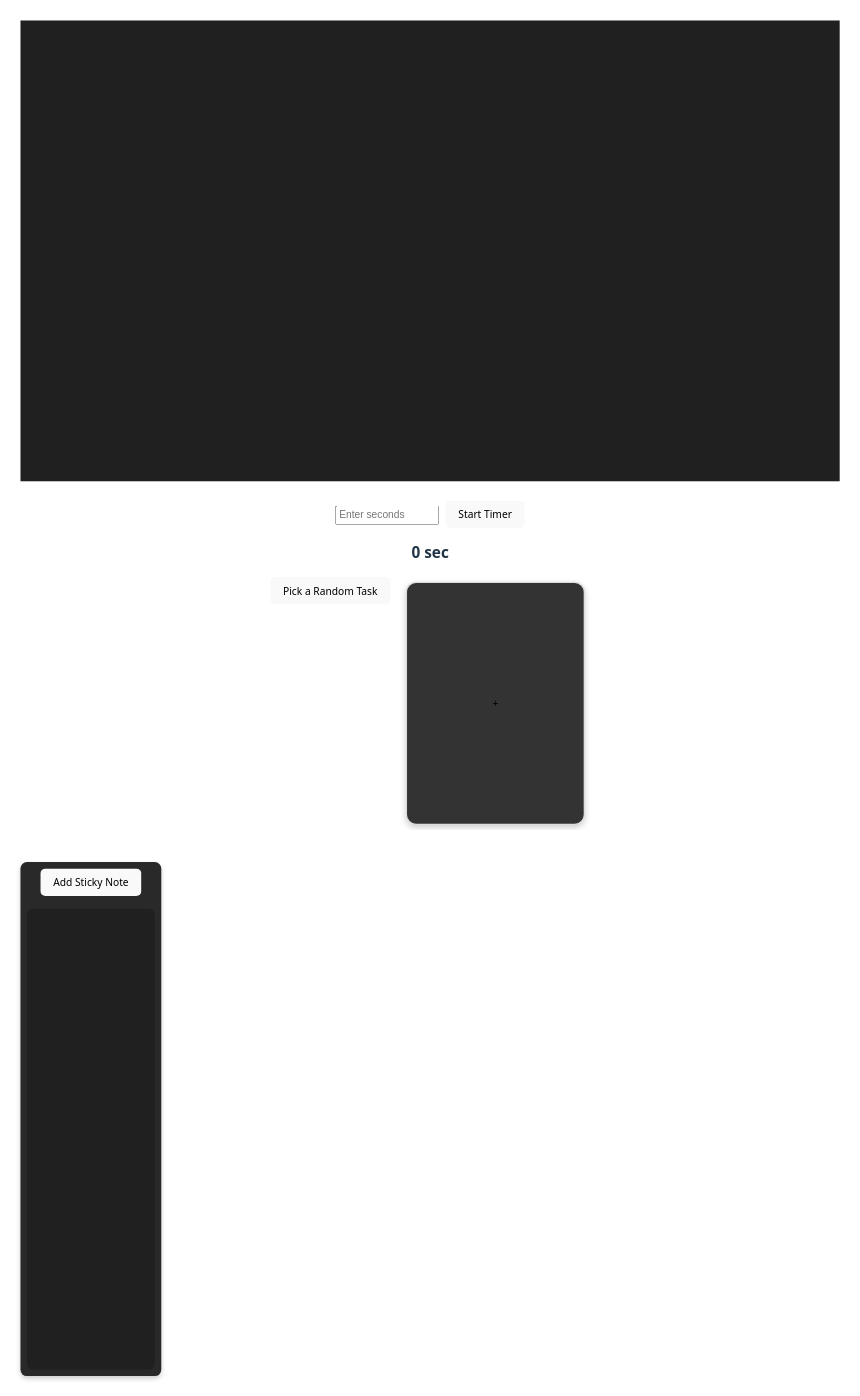
Repository: RamSivaSundaraKarthykeyan/Cards-Task
Page: /
These files come from the project's save history. The page is drawn as it stood at one moment and after the next save; the edit follows.
The browser window is 1280 px wide. The page is 1344 px wide, so the pictures cover 1344 px, including what lies to the right of the window. The pictures show the whole page, at 64% of full size.
The project was rebuilt for these pictures with package versions that can differ from the ones it lists, and the page was loaded fresh each time. Also part of the build but not shown: vite.config.js, src/CSS/checkBox.css, src/components/CheckBox.jsx, src/CSS/TaskCard.css, src/components/TaskCard.jsx.

Above is the page before, as saved 2025-04-17 06:25:12.

After the next save:
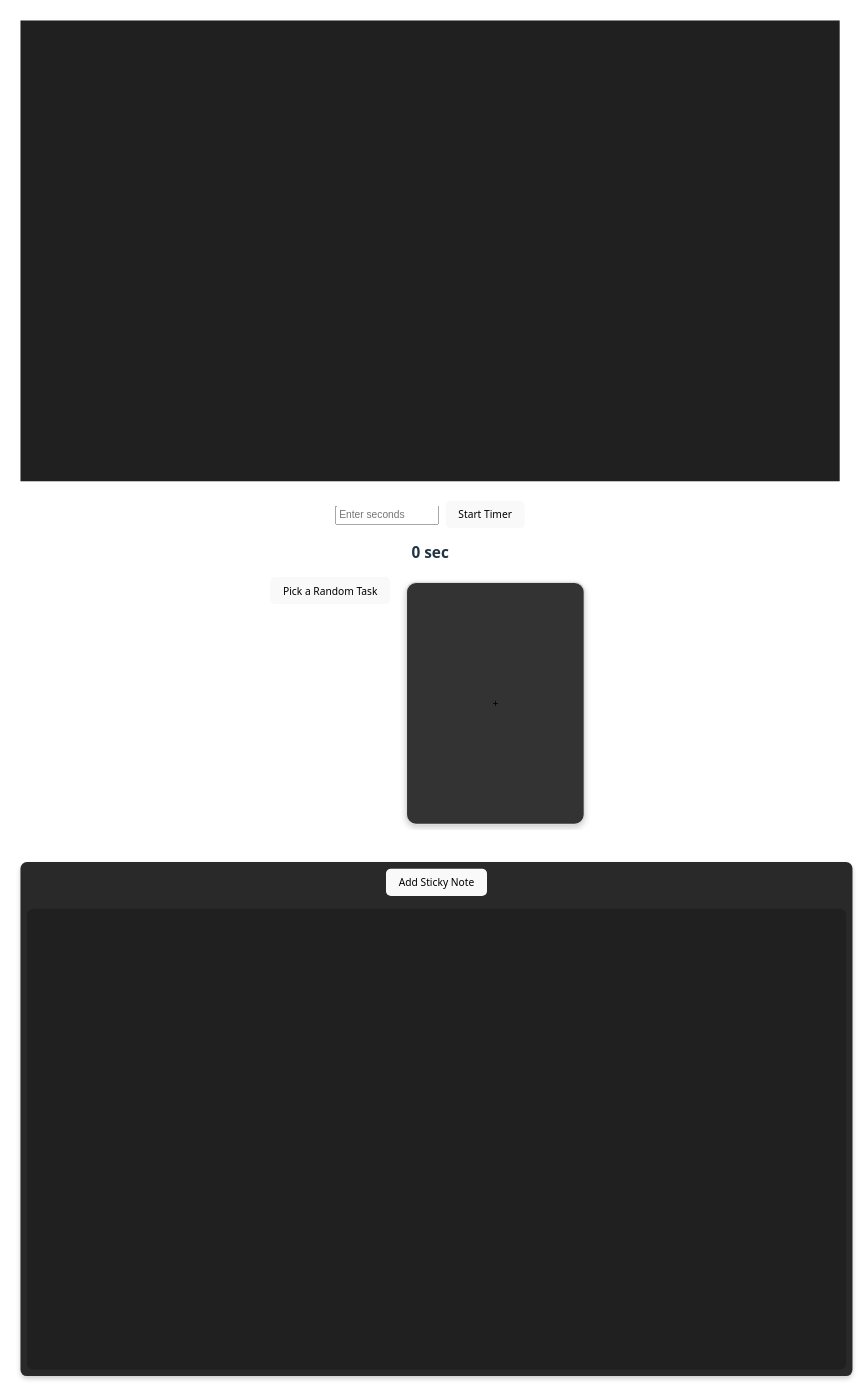
Saved 38 s later.
--- a/src/CSS/StickyNotes.css
+++ b/src/CSS/StickyNotes.css
@@ -11,12 +11,6 @@
 }
 
 .sticky-note {
-    position: relative;
-    /* Makes the remove button position relative to the note */
-    width: 200px;
-    min-height: 150px;
+    position: relative; /* Makes the remove button position relative to the note */
 
-    padding: 10px;
-    box-shadow: 0 4px 8px rgba(0, 0, 0, 0.2);
-    user-select: none;
 }
